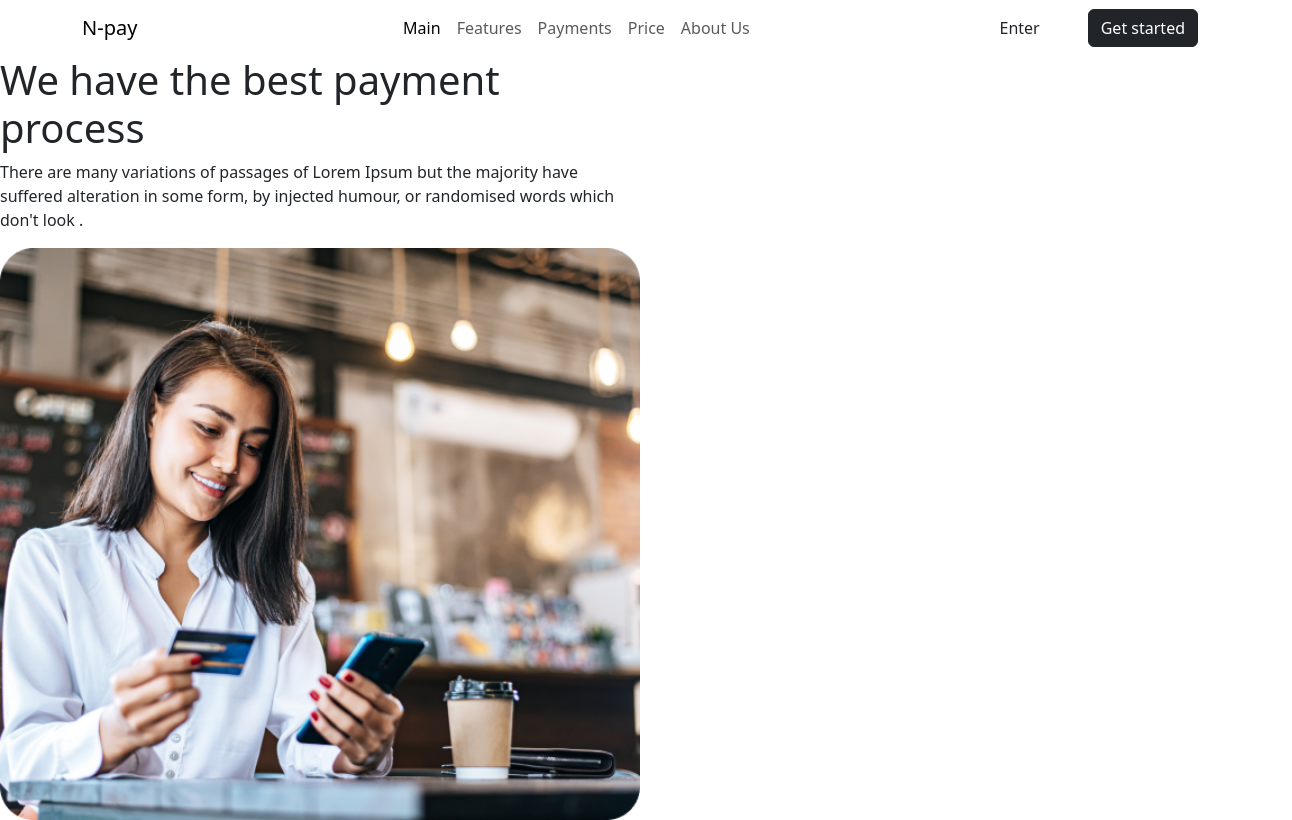
Repository: Senianga/N-pay
Page: index.html
An editor plug-in stored every save of this project. The page is shown before and after a run of saves, followed by the edit.
The browser window is 1280 px wide. The page is 1292 px wide, so the pictures cover 1292 px, including what lies to the right of the window. The pictures show the whole page.
The style sheet was rebuilt from its Sass, Less or Tailwind sources for each picture, by a compiler version that may differ from the author's.

Above is the page before, as saved 2023-05-01 14:50:28.

### index.html
<!doctype html>
<html lang="en">
  <head>
    <meta charset="utf-8">
    <meta name="viewport" content="width=device-width, initial-scale=1">
    <title>N-pay</title>
    <link rel="stylesheet" href="css/normalize.css">
    <link href="https://cdn.jsdelivr.net/npm/bootstrap@5.3.0-alpha3/dist/css/bootstrap.min.css" rel="stylesheet" integrity="sha384-KK94CHFLLe+nY2dmCWGMq91rCGa5gtU4mk92HdvYe+M/SXH301p5ILy+dN9+nJOZ" crossorigin="anonymous">
    <link rel="stylesheet" href="css/style.css">
  </head>
  <body>
    <header>
        <nav class="navbar navbar-expand-lg ">
            <div class="container">
              <a class="navbar-brand" href="#">N-pay</a>
              <button class="navbar-toggler" type="button" data-bs-toggle="collapse" data-bs-target="#navbarSupportedContent" aria-controls="navbarSupportedContent" aria-expanded="false" aria-label="Переключатель навигации">
                <span class="navbar-toggler-icon"></span>
              </button>
              <div class="collapse navbar-collapse" id="navbarSupportedContent">
                <ul class="navbar-nav ms-auto mb-2 mb-lg-0">
                  <li class="nav-item">
                      <a class="nav-link active" aria-current="page" href="#">Main</a>
                  </li>
                  <li class="nav-item">
                    <a class="nav-link"  href="#">Features</a>
                  </li>
                  <li class="nav-item">
                    <a class="nav-link" href="#">Payments</a>
                  </li>
                  <li class="nav-item dropdown">
                    <a class="nav-link" href="#" role="button" data-bs-toggle="dropdown" aria-expanded="false">
                      Price
                    </a>

                  </li>                 <li class="nav-item">
                    <a class="nav-link">About Us</a>
                  </li>
                </ul>
                <div class="bavbar-nav d-flex align-items-lg-center ms-auto mb-2 mb-lg-0">
                    <a class="nav-link me-5" href="#">Enter</a>
                    <button class="btn btn-dark ms-auto" type="submit">Get started</button>
                </div>
              </div>
            </div>
          </nav>
    </header>
    <main>
        <container-main class="bg-body-tertiary">
            <div class="row">
                <div class="col-mg-6 col-sm-12">
                    <div class="content">
                        <h1 class="col-5">
                            We have the best
                            payment process
                        </h1>
                        <p class="col-6">
                            There are many variations of passages of Lorem Ipsum
                            but the majority have suffered alteration in some form, by injected humour, or randomised words which don't look .
                        </p>
                    </div>
                    <div class="img">
                        <img src="img/image.png" alt="Main picture" class="img-fluid col-md-6 col-sm-12">
                    </div>

                </div>

            </<div>

        </container-main>
    </main>




    <script src="https://cdn.jsdelivr.net/npm/bootstrap@5.3.0-alpha3/dist/js/bootstrap.bundle.min.js" integrity="sha384-ENjdO4Dr2bkBIFxQpeoTz1HIcje39Wm4jDKdf19U8gI4ddQ3GYNS7NTKfAdVQSZe" crossorigin="anonymous"></script>
  </body>
</html>
<!-- <div class="collapse navbar-collapse" id="navbarNav">
    <div class=" nav justify-content-center">
        <a class="nav-link active" aria-current="page" href="#">Main</a>
        <a class="nav-link" href="#">Featers</a>
        <a class="nav-link" href="#">Payments</a>
        <a class="nav-link" href="#">Price</a>
        <a class="nav-link" href="#">About Us</a>
    </div>
</div>
<div class="collapse navbar-collapse" id="navbarNav">
    <a class="nav-link" href="#">Enter</a>
    <button class="btn btn-outline-secondary" type="submit">Поиск</button>

</div>
</div>
</nav> -->

<!-- <div class="container">
    <nav class="navbar navbar-expand-lg bg-body-tertiary">
      <div class="container-fluid">
        <a class="navbar-brand bg-dark col-2 mb-0 h-1" href="#">N-pay</a>
            <button class="navbar-toggler" type="button" data-bs-toggle="collapse" data-bs-target="#navbarSupportedContent" aria-controls="navbarSupportedContent" aria-expanded="false" aria-label="N-pay">
                <span class="navbar-toggler-icon"></span>
            </button>
        <div class="collapse navbar-collapse bg-primary " id="navbarSupportedContent">
            <div class="navbar-nav">
                <a class="nav-link" href="#">Main</a>
                <a class="nav-link" href="#">Features</a>
                <a class="nav-link" href="#">Payments</a>
                <a class="nav-link" href="#">Price</a>
                <a class="nav-link" href="#">About Us</a>
            </div>

            <div class="nav justify-content-end bg-danger col-3">
                <a class="nav-link" href="#">Enter</a>
                <button class="btn btn-dark" type="submit">Get started</button>
            </div>
        </div>
    </nav>
  </div> -->

### style.scss
:root {
    --bg2: #F4F7FC;
}

Loaded but not shown: css/normalize.css (no stored copy; drawn as an empty file)

After the next 2 saves:
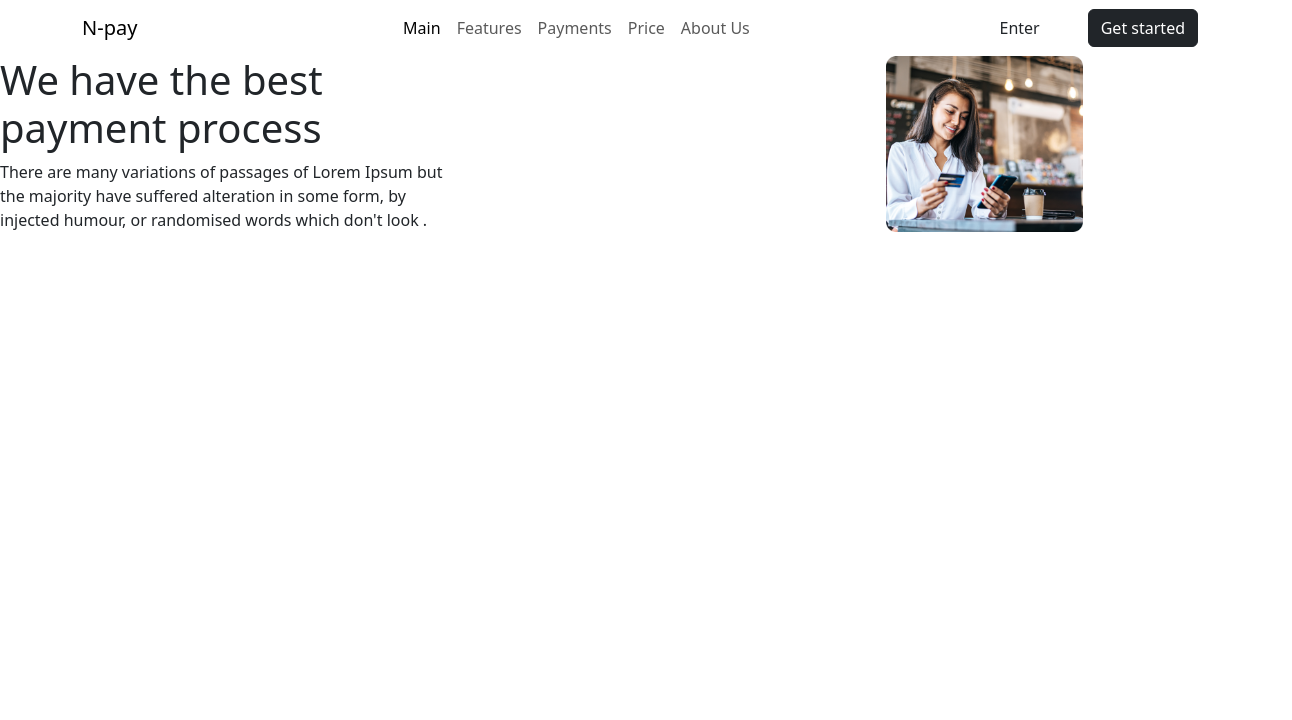
The 2 saves are shown as one change because they came seconds apart.
The last was saved 17 s later.
--- a/index.html
+++ b/index.html
@@ -47,7 +47,7 @@
     <main>
         <container-main class="bg-body-tertiary">
             <div class="row">
-                <div class="col-mg-6 col-sm-12">
+                <div class="col-mg-6 col-sm-12 d-flex">
                     <div class="content">
                         <h1 class="col-5">
                             We have the best
